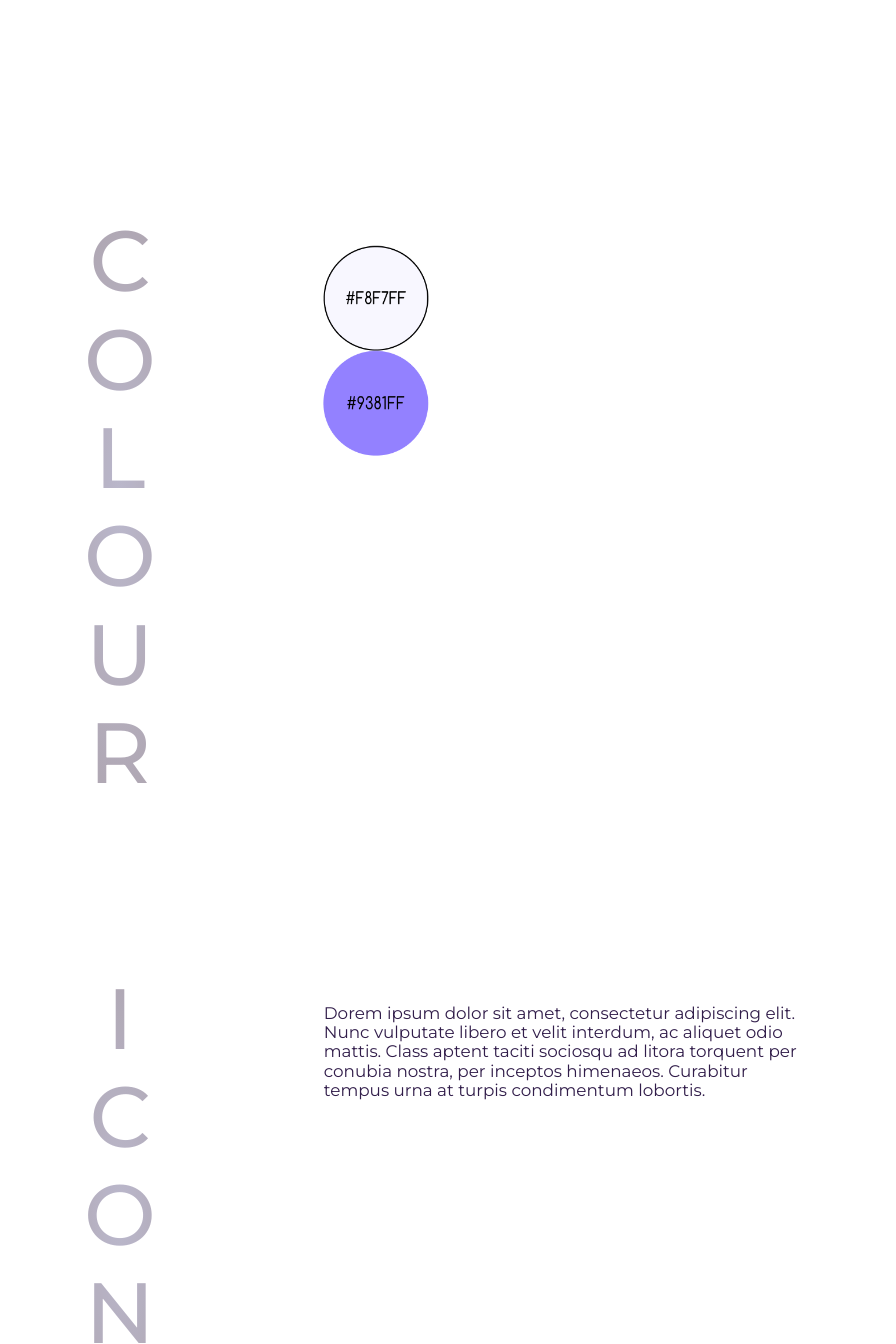
Repository: sierralaurent/Styleguide-Big_Project
Page: visuals.html
These files come from the project's save history. The page is drawn as it stood at one moment and after the next save; the edit follows.
The browser window is 1280 px wide. The pictures show the part of the page from y = 760 to 2680 px (the page is 3164 px tall), at 70% of full size.
Some web fonts or font styles are not loaded; a fallback is used.

Above is the page before, as saved 2023-03-10 14:51:06.

### visuals.html
<!DOCTYPE html>
<html lang="en">
  <head>
    <title>New Habits Web-App | Visuals </title>
    <meta property="og:title" content="Welcome to the New Habits Web-App Home Page" />
    <meta name="viewport" content="width=device-width, initial-scale=1.0" />
    <meta charset="utf-8" />
    <link rel="icon" type="image/x-icon" href="/assets/favicon.ico">

    <link
      rel="stylesheet"
      href="https://fonts.googleapis.com/css2?family=Montserrat:ital,wght@0,100;0,200;0,300;0,400;0,500;0,600;0,700;0,800;0,900;1,100;1,200;1,300;1,400;1,500;1,600;1,700;1,800;1,900&amp;display=swap"
      data-tag="font"
    />
    <link rel="stylesheet" href="./style.css" />
    <link href="./visuals.css" rel="stylesheet" />
    <link href="./navstyle.css" rel="stylesheet" />

  </head>
  <header>
    <div class="logo">
      <a href="index.html">
        <img src="assets/logo.png" alt="logo" />
      </a>
    </div>
    <div class="navigation">
      <button class="hamburger" onclick="show()">
        <img src="assets/burger.png" />
      </button>
      <nav>
        <h1 class="menutitle">Menu</h1>
        <ul>
          <li><a href="home.html">Home</a></li>
          <li><a>Logo</a></li>
          <li><a>Colours & Typo</a></li>
          <li><a href="visuals.html">Visuals</a></li>
        </ul>
      </nav>
    </div>
    <script src="nav.js"></script>
  </header>
  <body>
    <div>
      <div class="home-container">
        <div class="home-container1">
          <div class="home-container2">
            <h1 class="home-text01 Title">Visuals</h1>
            <p class="home-text02 body">
              Dorem ipsum dolor sit amet, consectetur adipiscing elit. Nunc
              vulputate libero et velit interdum, ac aliquet odio mattis. Class
              aptent taciti sociosqu ad litora torquent per conubia nostra, per
              inceptos himenaeos. Curabitur tempus urna at turpis condimentum
              lobortis.
            </p>
          </div>
        </div>
        <div class="home-container3">
          <p class="home-text03 sidetitle">
            <span>C</span>
            <br />
            <span>O</span>
            <br />
            <span>L</span>
            <br />
            <span>O</span>
            <br />
            <span>U</span>
            <br />
            <span>R</span>
            <br />
          </p>
          <div class="home-text17 body">
            <div>
              <img src="assets/colours/Creme.png" alt="Creme" width="150px" height="150px">
            </div>
            <div>
              <img src="assets/colours/Main Purple.png" alt="mainpurple" width="150px" height="150px">
            </div>
          </div>
        </div>
        <div class="home-container3">
            <p class="home-text03 sidetitle">
              <span>I</span>
              <br />
              <span>C</span>
              <br />
              <span>O</span>
              <br />
              <span>N</span>
              <br />
              <span>S</span>
              <br />
            </p>
            <p class="home-text17 body">
              Dorem ipsum dolor sit amet, consectetur adipiscing elit. Nunc
              vulputate libero et velit interdum, ac aliquet odio mattis. Class
              aptent taciti sociosqu ad litora torquent per conubia nostra, per
              inceptos himenaeos. Curabitur tempus urna at turpis condimentum
              lobortis.
            </p>
          </div>
        <footer class="home-footer">
          <p class="home-text24">
            © 2023 New Habits, All Rights Reserved.
          </p>
        </footer>
      </div>
    </div>
  </body>
</html>

### style.css
:root {
  --dl-black: #212121ff;
  --dl-creme: #f9f9ffff;
  --dl-white: #f8f9f9ff;
  --dark-purple: #311D4A;

}

.body {
  font-size: 24px;
  font-family: Montserrat;
  font-weight: 400;
  line-height: 1.15;
  text-transform: none;
  text-decoration: none;
}
.sidetitle {
  font-size: 122px;
  font-family: Montserrat;
  font-weight: 500;
  line-height: 1.15;
  text-transform: none;
  text-decoration: none;
}
.Title {
  font-size: 96px;
  font-family: Montserrat;
  font-weight: 500;
  line-height: 1.15;
  text-transform: none;
  text-decoration: none;
}

html {
  line-height: 1.15;
}
body {
  margin: 0;
}
* {
  box-sizing: border-box;
  border-width: 0;
  border-style: solid;
}
p,
li,
ul,
pre,
div,
h1,
h2,
figure,
blockquote,
figcaption {
  margin: 0;
  padding: 0;
}

a {
  color: inherit;
  text-decoration: inherit;
}
input {
  padding: 2px 4px;
}
img {
  display: block;
}
html {
  scroll-behavior: smooth;
}

### visuals.css
/* Define the scrollbar style */
::-webkit-scrollbar {
    width: 10px;
  }

  ::-webkit-scrollbar-thumb {
    background-image: linear-gradient(180deg, var(--light-purple) 0%, var(--main-purple) 99%);
    box-shadow: inset 2px 2px 5px 0 var(--creme);
    border-radius: 100px;
  }

  html {
    font-family: Montserrat;
    font-size: 24px;
    scroll-behavior: smooth;
  }

  body {
    font-weight: 400;
    font-style: normal;
    text-decoration: none;
    text-transform: none;
    letter-spacing: normal;
    line-height: 1.15;
    color: var(--black);
    background-color: var(--creme);
  }

  .home-container {
    width: 100%;
    display: flex;
    overflow: auto;
    min-height: 100vh;
    align-items: center;
    flex-direction: column;
  }
  .home-container1 {
    flex: 0 0 auto;
    width: auto;
    height: auto;
    display: flex;
    align-items: flex-start;
    justify-content: center;
  }
  .home-container2 {
    flex: 0 0 auto;
    width: auto;
    display: flex;
    align-self: center;
    margin-top: 5rem;
    align-items: center;
    margin-bottom: 15rem;
    flex-direction: column;
    justify-content: center;
  }
  .home-text {
    font-size: 36px;
    text-align: center;
    font-family: Montserrat;
    background: linear-gradient(0deg, rgba(0, 0, 0, 0.2), rgba(0, 0, 0, 0.2)),
      radial-gradient(
        50% 50% at 50% 50%,
        rgba(147, 129, 255, 0.2) 0%,
        rgba(79, 26, 98, 0.2) 94.12%
      );
    -webkit-background-clip: text;
    -webkit-text-fill-color: transparent;
    background-clip: text;
    text-fill-color: transparent;
  }
  .home-text01 {
    margin-top: 1rem;
    text-align: center;
    margin-bottom: 1rem;
    background: linear-gradient(0deg, rgba(0, 0, 0, 0.2), rgba(0, 0, 0, 0.2)),
      radial-gradient(
        50% 50% at 50% 50%,
        rgba(147, 129, 255, 0.2) 0%,
        rgba(79, 26, 98, 0.2) 94.12%
      );
    -webkit-background-clip: text;
    -webkit-text-fill-color: transparent;
    background-clip: text;
    text-fill-color: transparent;
  }
  .home-text02 {
    width: 31rem;
    text-align: center;
    color: var(--dark-purple);
  }
  .home-container3 {
    flex: 0 0 auto;
    width: 100%;
    height: auto;
    display: flex;
    align-items: flex-start;
    justify-content: center;
  }
  .home-text03 {
    width: 25rem;
    text-align: center;
    background: linear-gradient(0deg, rgba(0, 0, 0, 0.2), rgba(0, 0, 0, 0.2)),
      radial-gradient(
        50% 50% at 50% 50%,
        rgba(147, 129, 255, 0.2) 0%,
        rgba(79, 26, 98, 0.2) 94.12%
      );
    -webkit-background-clip: text;
    -webkit-text-fill-color: transparent;
    background-clip: text;
    text-fill-color: transparent;
  }
  .home-text17 {
    width: auto;
    margin-top: 5rem;
    text-align: left;
    margin-left: 5rem;
    margin-right: 5rem;
    margin-bottom: 5rem;
    color: var(--dark-purple);
  }
  .home-container4 {
    flex: 0 0 auto;
    width: auto;
    height: auto;
    display: flex;
    align-items: flex-start;
    justify-content: center;
  }
  .colours{
    background: lightblue;
    border-radius: 50%;
    width: 100px;
    height: 100px;
  }
  .home-container5 {
    flex: 0 0 auto;
    display: flex;
    align-items: flex-start;
    flex-direction: column;
  }
  .home-text18 {
    width: auto;
    margin-top: 15rem;
    text-align: center;
    margin-bottom: 5rem;
    background: linear-gradient(0deg, rgba(0, 0, 0, 0.2), rgba(0, 0, 0, 0.2)),
      radial-gradient(
        50% 50% at 50% 50%,
        rgba(147, 129, 255, 0.2) 0%,
        rgba(79, 26, 98, 0.2) 94.12%
      );
    -webkit-background-clip: text;
    -webkit-text-fill-color: transparent;
    background-clip: text;
    text-fill-color: transparent;
  }
  .home-container6 {
    flex: 0 0 auto;
    width: auto;
    height: auto;
    display: flex;
    align-items: flex-start;
    margin-bottom: 15rem;
    justify-content: center;
  }
  .home-olivia {
    flex: 0 0 auto;
    display: flex;
    align-items: center;
    flex-direction: column;
  }
  .home-olivia-text {
    width: 25rem;
    font-size: 96px;
    text-align: center;
    font-family: Montserrat;
    font-weight: 500;
    line-height: 1.15;
    margin-bottom: 2rem;
    text-transform: none;
    text-decoration: none;
    background: linear-gradient(0deg, rgba(0, 0, 0, 0.2), rgba(0, 0, 0, 0.2)),
      radial-gradient(
        50% 50% at 50% 50%,
        rgba(147, 129, 255, 0.2) 0%,
        rgba(79, 26, 98, 0.2) 94.12%
      );
    -webkit-background-clip: text;
    -webkit-text-fill-color: transparent;
    background-clip: text;
    text-fill-color: transparent;
  }
  .home-text19 {
    width: 15rem;
    align-self: center;
    text-align: center;
    color: var(--dark-purple);
  }
  .home-elijah {
    flex: 0 0 auto;
    display: flex;
    align-items: center;
    flex-direction: column;
  }
  .home-elijah-text {
    width: 25rem;
    font-size: 96px;
    text-align: center;
    font-family: Montserrat;
    font-weight: 500;
    line-height: 1.15;
    margin-bottom: 2rem;
    text-transform: none;
    text-decoration: none;
    background: linear-gradient(0deg, rgba(0, 0, 0, 0.2), rgba(0, 0, 0, 0.2)),
      radial-gradient(
        50% 50% at 50% 50%,
        rgba(147, 129, 255, 0.2) 0%,
        rgba(79, 26, 98, 0.2) 94.12%
      );
    -webkit-background-clip: text;
    -webkit-text-fill-color: transparent;
    background-clip: text;
    text-fill-color: transparent;
  }
  .home-text20 {
    width: 15rem;
    align-self: center;
    text-align: center;
    color: var(--dark-purple);
  }
  .home-sierra {
    flex: 0 0 auto;
    display: flex;
    align-items: center;
    flex-direction: column;
  }
  .home-sierra-text {
    width: 25rem;
    font-size: 96px;
    text-align: center;
    font-family: Montserrat;
    font-weight: 500;
    line-height: 1.15;
    margin-bottom: 2rem;
    text-transform: none;
    text-decoration: none;
    background: linear-gradient(0deg, rgba(0, 0, 0, 0.2), rgba(0, 0, 0, 0.2)),
      radial-gradient(
        50% 50% at 50% 50%,
        rgba(147, 129, 255, 0.2) 0%,
        rgba(79, 26, 98, 0.2) 94.12%
      );
    -webkit-background-clip: text;
    -webkit-text-fill-color: transparent;
    background-clip: text;
    text-fill-color: transparent;
  }
  .home-text21 {
    width: 15rem;
    align-self: center;
    text-align: center;
    color: var(--dark-purple);
  }
  .home-text23 {
    width: 15rem;
    align-self: center;
    text-align: center;
  }
  .home-footer {
    width: 100%;
    height: 197px;
    display: flex;
    max-width: auto;
    align-self: center;
    align-items: center;
    padding-top: 32px;
    padding-left: 48px;
    padding-right: 48px;
    padding-bottom: 32px;
    justify-content: center;
  }
  .home-text24 {
    text-align: center;
    color: var(--dark-purple);

  }
  @media (max-width: 1600px) {
    .home-container1 {
      width: 100%;
    }
    .home-container2 {
      align-items: center;
      justify-content: center;
    }
    .home-text01 {
      margin-top: 1rem;
      margin-bottom: 1rem;
    }
    .home-container3 {
      width: 100%;
    }
    .home-text03 {
      width: auto;
      margin: 3rem;
      padding: 2rem;
    }
    .home-text17 {
      width: 40rem;
      margin-top: 7rem;
      text-align: left;
      margin-right: 5rem;
    }
    .home-container4 {
      width: auto;
      justify-content: center;
    }
    .home-container5 {
      width: auto;
      height: auto;
      align-items: center;
      justify-content: center;
    }
    .home-text18 {
      width: auto;
      height: auto;
      margin-top: 5rem;
      text-align: center;
      margin-bottom: 5rem;
    }
    .home-container6 {
      width: 100%;
      margin-bottom: 15rem;
    }
    .home-olivia {
      width: 20rem;
      height: auto;
      align-items: center;
      justify-content: center;
    }
    .home-olivia-text {
      width: auto;
      font-size: 46px;
      font-family: Montserrat;
      font-weight: 500;
      line-height: 1.15;
      margin-bottom: 2rem;
      text-transform: none;
      text-decoration: none;
    }
    .home-text19 {
      width: 15rem;
      text-transform: none;
    }
    .home-elijah {
      width: 20rem;
      height: auto;
      align-items: center;
      justify-content: center;
    }
    .home-elijah-text {
      width: auto;
      font-size: 46px;
      font-family: Montserrat;
      font-weight: 500;
      line-height: 1.15;
      margin-bottom: 2rem;
      text-transform: none;
      text-decoration: none;
    }
    .home-text20 {
      width: 15rem;
      text-transform: none;
    }
    .home-sierra {
      width: 20rem;
      height: auto;
      align-items: center;
      justify-content: center;
    }
    .home-sierra-text {
      width: auto;
      font-size: 46px;
      font-family: Montserrat;
      font-weight: 500;
      line-height: 1.15;
      margin-bottom: 2rem;
      text-transform: none;
      text-decoration: none;
    }
    .home-text21 {
      margin-bottom: 2rem;
    }
    .home-text23 {
      width: 15rem;
      text-transform: none;
      color: var(--dark-purple);
    }
  }
  @media (max-width: 1200px) {
    .home-text01 {
      margin-top: 1rem;
      margin-bottom: 1rem;
    }
    .home-container6 {
      align-items: center;
    }
    .home-olivia {
      width: 15rem;
      margin-left: 1rem;
      margin-right: 1rem;
    }
    .home-olivia-text {
      width: auto;
    }
    .home-text19 {
      width: 12rem;
    }
    .home-elijah {
      width: 15rem;
      margin-left: 1rem;
      margin-right: 1rem;
    }
    .home-elijah-text {
      width: auto;
    }
    .home-text20 {
      width: 12rem;
    }
    .home-sierra {
      width: 15rem;
      margin-left: 1rem;
    }
    .home-sierra-text {
      width: auto;
    }
    .home-text23 {
      width: 12rem;
    }
  }
  @media (max-width: 991px) {
    .home-container2 {
      width: 100%;
      height: 307px;
    }
    .home-text01 {
      margin-top: 1rem;
      margin-bottom: 1rem;
    }
    .home-container6 {
      align-items: center;
      flex-direction: column;
    }
    .home-olivia {
      width: 20rem;
      margin-bottom: 3rem;
    }
    .home-olivia-text {
      width: auto;
    }
    .home-text19 {
      width: auto;
    }
    .home-elijah {
      width: 20rem;
      margin-bottom: 3rem;
    }
    .home-elijah-text {
      width: auto;
    }
    .home-text20 {
      width: auto;
    }
    .home-sierra {
      width: 20rem;
    }
    .home-sierra-text {
      width: auto;
    }
    .home-text23 {
      width: 100%;
    }
  }
  @media (max-width: 767px) {
    .home-text01 {
      margin-top: 1rem;
      margin-bottom: 1rem;
    }
    .home-footer {
      padding-left: 32px;
      padding-right: 32px;
    }
    .home-text24 {
      text-align: center;
      margin-left: 16px;
      margin-right: 16px;
    }
  }
  @media (max-width: 479px) {
    .home-text01 {
      margin-top: 1rem;
      margin-bottom: 1rem;
    }
    .home-text02 {
      width: 479px;
    }
    .home-text03 {
      margin-top: 0rem;
      margin-left: 3rem;
      margin-right: 0rem;
      margin-bottom: 0rem;
    }
    .home-footer {
      padding: 16px;
      flex-direction: column;
    }
    .home-text24 {
      margin-left: 0px;
      margin-right: 0px;
      margin-bottom: 16px;
    }
  }

### navstyle.css
@import url("https://fonts.cdnfonts.com/css/montserrat");

* {
  margin: 0;
  padding: 0;
  font-family: "Montserrat", sans-serif;
}

a,
button {
  cursor: pointer;
}

nav {
  position: absolute;
  top: 30px;
  right: 30px;
  width: 250px;
}

.navigation {
  position: fixed;
  top: 0;
  right: -500px;
  width: 312px;
  height: 100%;
  background-image: url("assets/background.png");
  background-size: cover;
  transition: 0.5s;
  border-radius: 27px 0 0 27px;
}

.logo {
    margin: 1.5rem;
}

.menutitle {
  font-family: "Montserrat", sans-serif;
  font-style: normal;
  font-weight: 400;
  font-size: 24px;
  display: flex;
  align-items: left;
  color: rgba(255, 255, 255, 0.32);
  margin: 1rem;
}

.navigation ul li {
  display: flex;
  color: rgba(255, 255, 255, 0.5);
  line-height: 20px;
  text-align: left;
  font-weight: 500;
  list-style-type: none;
  font-size: 14px;
  padding: 20px 30px;
  border-bottom: 0px 64px 64px -32px rgba(41, 15, 0, 0.56);
  transition: all 0.3s ease;
}

.navigation ul li:hover {
  padding: 16px 20px;
  background-image: url("assets/hover.png");
  background-size: cover;
  border-radius: 12px;
}

.hamburger,
.bar {
  position: fixed;
}

.hamburger {
  display: block;
  top: 5%;
  left: 95%;
  width: 30px;
  height: 30px;
  transform: translateY(-50%);
  border: 0;
  background: 0 0;
}

.hamburger.hidden {
  display: none; /* Hide the menu button */
}

.navigation.active {
  right: 0;
  z-index: 1;
}

### nav.js
const hamburger = document.querySelector('.hamburger');
const navigation = document.querySelector('.navigation');

document.addEventListener('click', function(event) {
  const isClickInside = navigation.contains(event.target) || hamburger.contains(event.target);
  if (!isClickInside) {
    navigation.classList.remove('active');
    hamburger.classList.remove('hidden');
  }
});

hamburger.addEventListener('click', function() {
  navigation.classList.add('active');
  hamburger.classList.add('hidden');
});

After the next save:
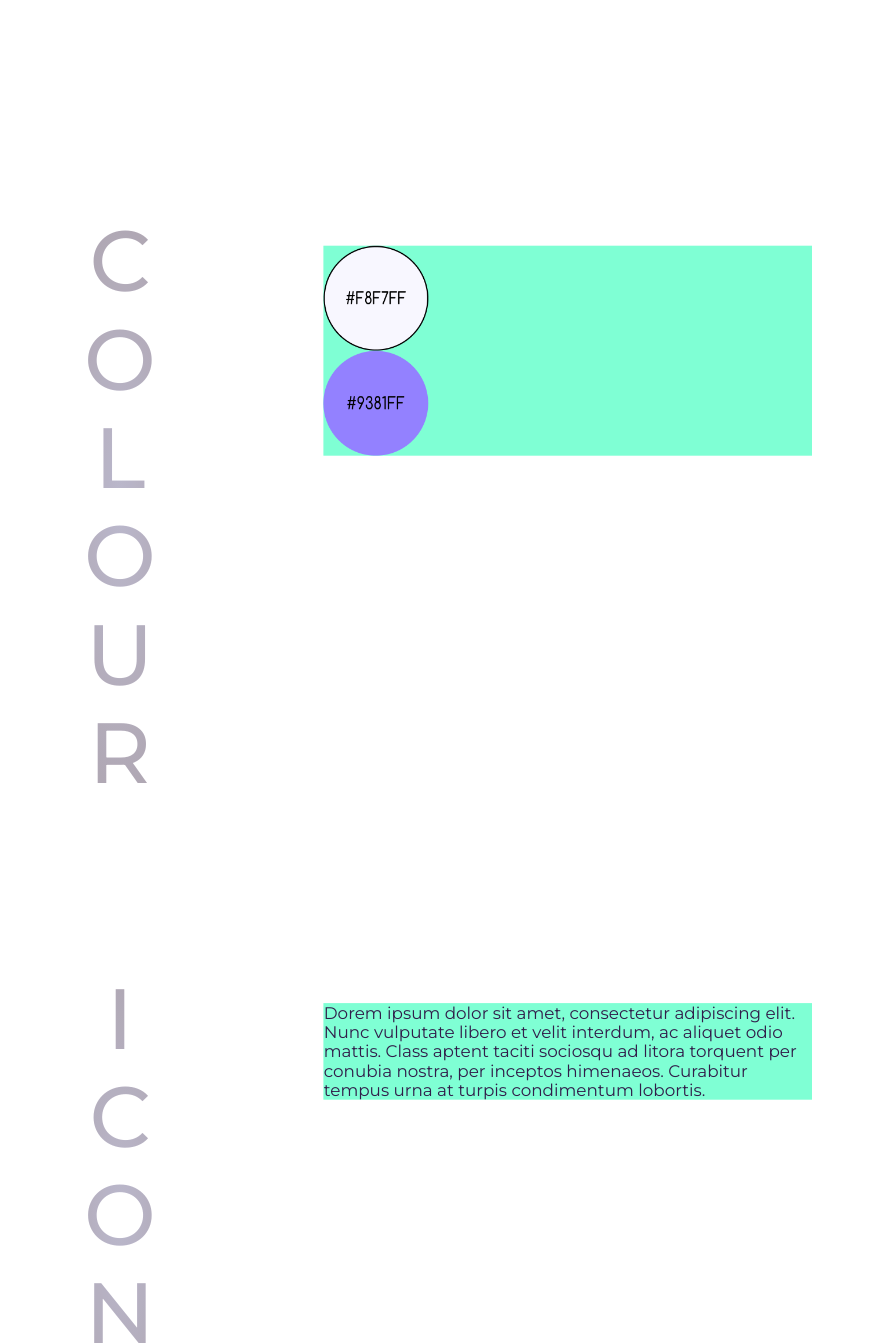
Saved 22 s later.
--- a/visuals.css
+++ b/visuals.css
@@ -118,6 +118,7 @@
     margin-right: 5rem;
     margin-bottom: 5rem;
     color: var(--dark-purple);
+    background-color: aquamarine;
   }
   .home-container4 {
     flex: 0 0 auto;
